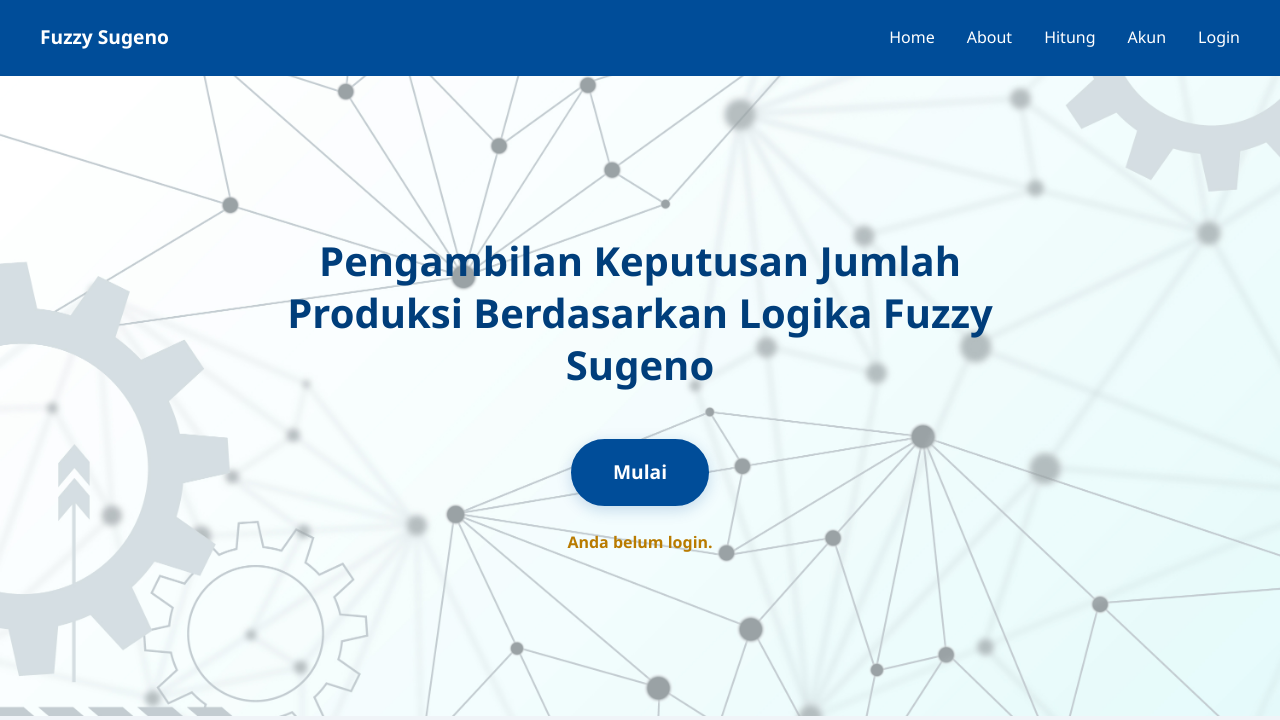
Repository: Senicccc/Defuzzy-Sugeno
Page: http://localhost/
The author's editor kept a copy of each file at every save. The page is drawn from the files as they stood at one save, then again after the next save.
The browser window is 1280 px wide. The pictures show the whole page.
The page is run by PHP 8.4 with error messages shown; the project is at /var/www/html/.

Above is the page before, as saved 2025-06-10 13:20:10.

After the next save:
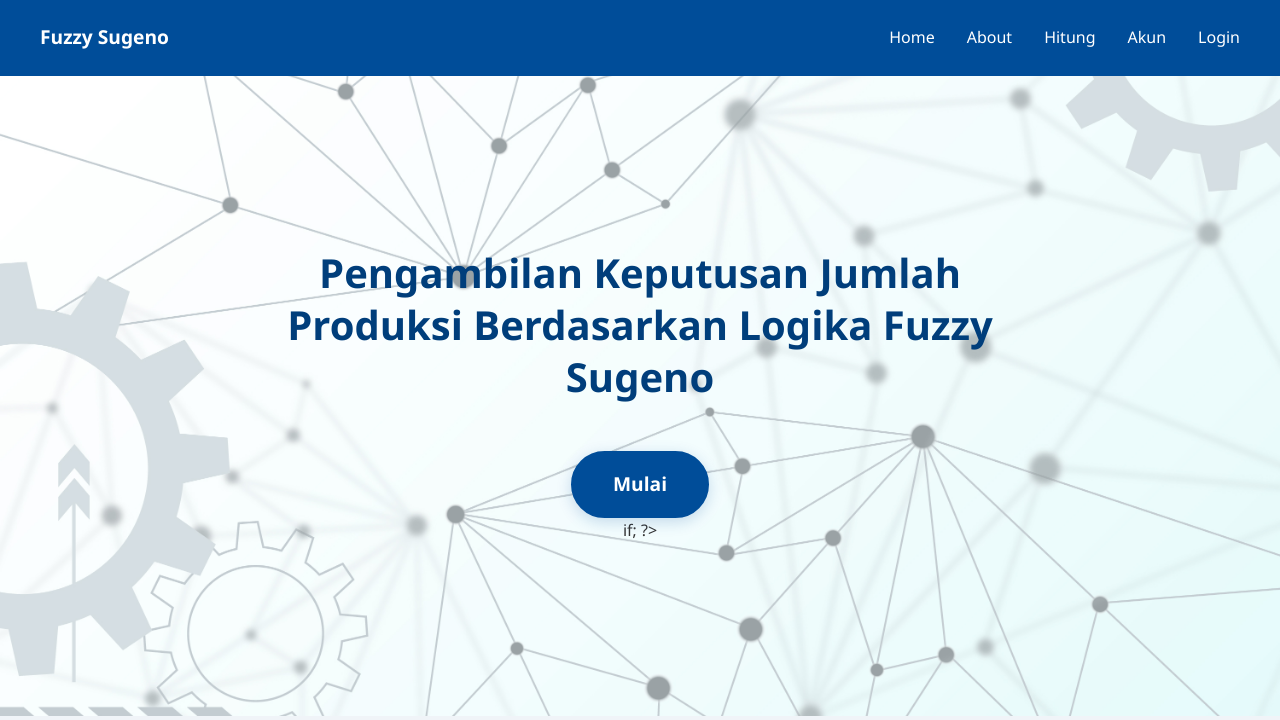
Saved 10 s later.
--- a/index.php
+++ b/index.php
@@ -21,13 +21,7 @@ $isLoggedIn = isset($_SESSION['user_id']); // atau sesuaikan dengan session logi
 
     <section class="hero" style="background: url('img/menu-bg.jpg') center center/cover no-repeat;">
         <h1>Pengambilan Keputusan Jumlah Produksi Berdasarkan Logika Fuzzy Sugeno</h1>
-        <a href="php/form.php" class="start-button">Mulai</a>
-        <div style="margin-top:24px;">
-            <?php if ($isLoggedIn): ?>
-                <span style="color:#009900;font-weight:600;">Anda sudah login.</span>
-            <?php else: ?>
-                <span style="color:#b97b00;font-weight:600;">Anda belum login.</span>
-            <?php endif; ?>
+        <a href="php/form.php" class="start-button">Mulai</a>if; ?>
         </div>
     </section>
 
